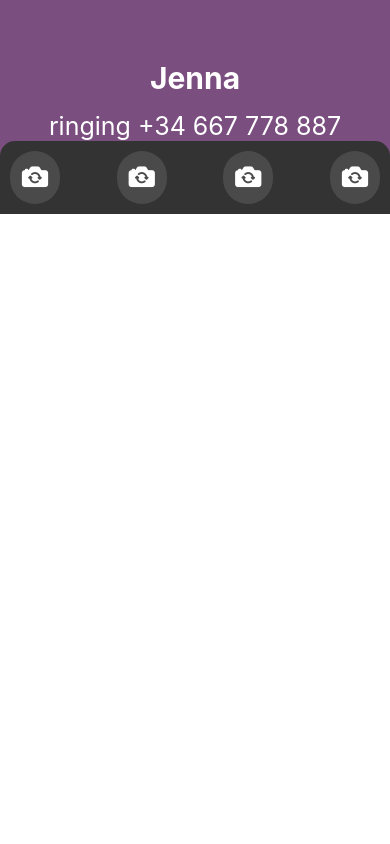
Repository: JennaFi/VideoCallApp
Screen: /
These files come from the project's save history. The screen is drawn as it stood at one moment and after the next save; the edit follows.
The app was drawn by React Native's web renderer in a window 390 px wide. The project was rebuilt for these pictures with package versions that can differ from the ones it lists, and the page was loaded fresh each time.

Above is the screen before, as saved 2022-01-12 00:15:56.

### App.js
/**
 * Sample React Native App
 * https://github.com/facebook/react-native
 *
 * @format
 * @flow strict-local
 */


import React from 'react';
import {
  SafeAreaView, StatusBar
} from 'react-native';
import CallingScreen from './src/screens/CallingScreen/index';




const App = () => {


  return (
    <SafeAreaView >
      <StatusBar barStyle={'dark-content'} />

      {/* <ContactsScreen /> */}
      <CallingScreen />

    </SafeAreaView>
  )
}



export default App

### src/screens/CallingScreen/index.js
import React from 'react'
import { StyleSheet, Text, View } from 'react-native'
import Ionicons from 'react-native-vector-icons/Ionicons'

const CallingScreen = () => {
  return (
    <View style={styles.page}>
      <View style={styles.cameraPreview}>
        <Text style={styles.name}>Jenna</Text>
        <Text style={styles.phoneNumber}>ringing +34 667 778 887</Text>
      </View>
      <View style={styles.buttonsContainer}>
        <View style={styles.iconButton}>
          <Ionicons name='ios-camera-reverse' size={30} color={'white'} />
        </View>

        <View style={styles.iconButton}>
          <Ionicons name='ios-camera-reverse' size={30} color={'white'} />
        </View>

        <View style={styles.iconButton}>
          <Ionicons name='ios-camera-reverse' size={30} color={'white'} />
        </View>

        <View style={styles.iconButton}>
          <Ionicons name='ios-camera-reverse' size={30} color={'white'} />
        </View>

      </View>


    </View>)
}



const styles = StyleSheet.create({
  page: {
    height: '100%',
    backgroundColor: '#7b4e80',

  },
  cameraPreview: {

    flex: 1,
    alignItems: 'center',
    paddingTop: 10,
    paddingHorizontal: 10


  },
  name: {
    fontSize: 30,
    fontWeight: 'bold',
    color: 'white',
    marginTop: 50,
    marginBottom: 15


  },
  phoneNumber: {
    fontSize: 25,
    color: 'white'

  },
  buttonsContainer: {
    flexDirection: 'row',
    backgroundColor: '#333333',
    padding: 10,
    borderTopLeftRadius: 15,
    borderTopRightRadius: 15,
    justifyContent: 'space-between'


  },
  iconButton: {
    backgroundColor: '#4a4a4a',
    padding: 10,
    borderRadius: 50
  }
})

export default CallingScreen

After the next save:
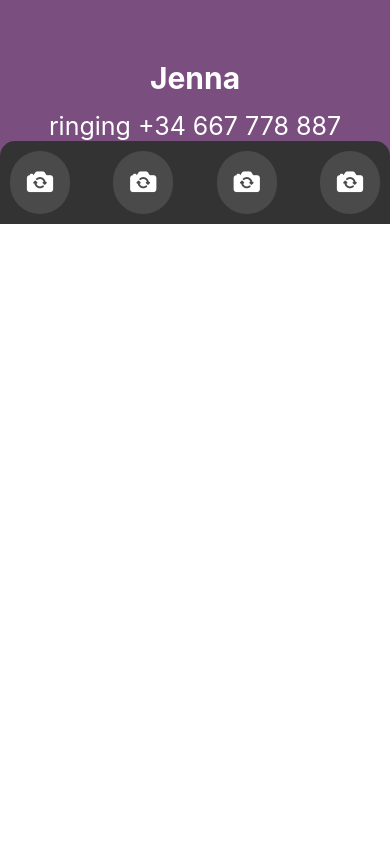
Saved 10 s later.
--- a/src/screens/CallingScreen/index.js
+++ b/src/screens/CallingScreen/index.js
@@ -75,7 +75,7 @@ const styles = StyleSheet.create({
   },
   iconButton: {
     backgroundColor: '#4a4a4a',
-    padding: 10,
+    padding: 15,
     borderRadius: 50
   }
 })
